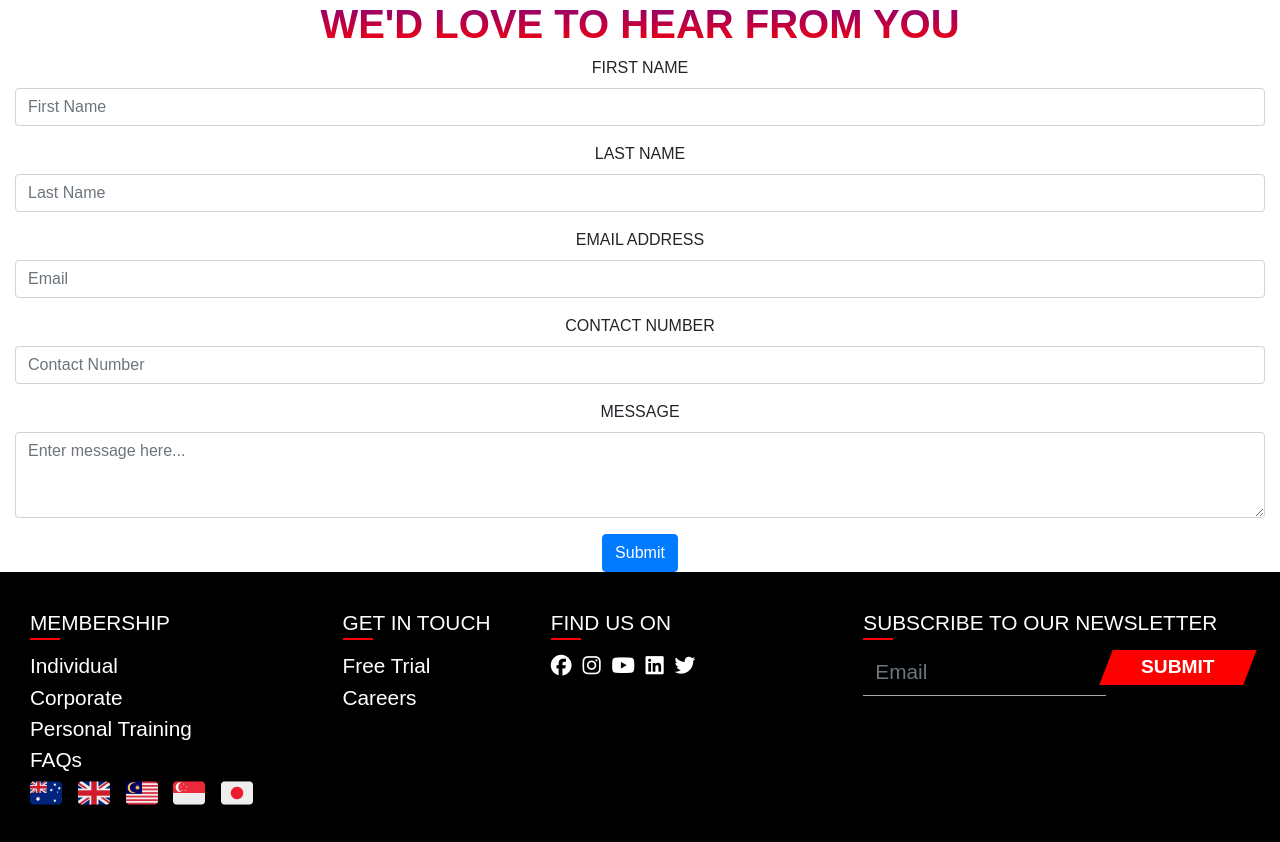
Repository: KJY93/User_Centric_Frontend_Development_Project
Page: contact.html
The author's editor kept a record of every edit. The page is drawn from the files as they stood at one moment, then again after the next edit.
The browser window is 1280 px wide. The pictures show the part of the page from y = 263 to 1107 px (the page is 1105 px tall before and 1107 px after).
Some web fonts or font styles are not loaded; a fallback is used. Some web libraries are served in a nearby version.

Above is the page before.

### contact.html
<!DOCTYPE html>
<html lang="en-US">
	<head>
	    <meta charset="UTF-8">
	    <meta name="viewport" content="width=device-width, initial-scale=1.0">
	    <meta http-equiv="X-UA-Compatible" content="ie=edge">
	    <title>Shape Shifters | Our Clubs</title>

		<!-- Google Fonts -->
	    <link href="https://fonts.googleapis.com/css?family=Cute+Font&display=swap" rel="stylesheet">

	    <!-- Logo -->
	    <link rel="icon" href="static/fitness-logo.ico">

	    <!-- Bootstrap CSS -->
	    <link rel="stylesheet" href="https://stackpath.bootstrapcdn.com/bootstrap/4.3.1/css/bootstrap.min.css" integrity="sha384-ggOyR0iXCbMQv3Xipma34MD+dH/1fQ784/j6cY/iJTQUOhcWr7x9JvoRxT2MZw1T" crossorigin="anonymous">

	    <!-- External CSS StyleSheet -->
		<link rel="stylesheet" type="text/css" href="static/styles.css">

		<!-- Bootstrap JS -->
	    <script src="https://code.jquery.com/jquery-3.3.1.slim.min.js" integrity="sha384-q8i/X+965DzO0rT7abK41JStQIAqVgRVzpbzo5smXKp4YfRvH+8abtTE1Pi6jizo" crossorigin="anonymous"></script>
	    <script src="https://cdnjs.cloudflare.com/ajax/libs/popper.js/1.14.7/umd/popper.min.js" integrity="sha384-UO2eT0CpHqdSJQ6hJty5KVphtPhzWj9WO1clHTMGa3JDZwrnQq4sF86dIHNDz0W1" crossorigin="anonymous"></script>
	    <script src="https://stackpath.bootstrapcdn.com/bootstrap/4.3.1/js/bootstrap.min.js" integrity="sha384-JjSmVgyd0p3pXB1rRibZUAYoIIy6OrQ6VrjIEaFf/nJGzIxFDsf4x0xIM+B07jRM" crossorigin="anonymous"></script>

	    <!-- Font Awesome -->
	    <script src="https://kit.fontawesome.com/3df94da5fe.js"></script>
	</head>
	<body>
	    <main>
	        <!-- Navbar -->
			<nav class="navbar navbar-expand-md navbar-dark bg-danger">
			  	<a class="navbar-brand" href="#"><i class="fas fa-home"></i></a>
			  	<button class="navbar-toggler" type="button" data-toggle="collapse" data-target="#navbarNav">
			    <span class="navbar-toggler-icon"></span>
			  	</button>
			  	<div class="collapse navbar-collapse" id="navbarNav">
			    	<ul class="navbar-nav ml-auto">
			      		<li class="nav-item">
			        		<a class="nav-link" href="#">Clubs</a>
			      		</li>
			      		<li class="nav-item">
			        		<a class="nav-link" href="#">Timetables</a>
			      		</li>
			    	</ul>

			    	<ul class="navbar-nav ml-auto">
			      		<li class="nav-item">
			        		<a class="nav-link" href="#">Contact Us</a>
			      		</li>
			    	</ul>
			  	</div>
			</nav>

			<!-- Timetables background -->
			<div id="contact-us-background"></div>

			<!-- Contact Us Header-->
			<div>
				<h1 class="club-header contact-us"><strong>WE'D LOVE TO HEAR FROM YOU</strong></h1>
			</div>

			<div class="container-fluid">

                <form method="post" action="">
                    <div class="form-group">
                        <div class="form-attribute"><label for="firstname">FIRST NAME</label></div>
                        <input type="text" class="form-control form-placeholder" id="firstname" placeholder="First Name">
                    </div>

                    <div class="form-group">
                        <div class="form-attribute"><label for="lastname">LAST NAME</label></div>
                        <input type="text" class="form-control form-placeholder" id="lastname" placeholder="Last Name">
                    </div>

                    <div class="form-group">
                        <div class="form-attribute"><label for="email-address">EMAIL ADDRESS</label></div>
                        <input type="email" class="form-control form-placeholder" id="email-address" placeholder="Email">
                    </div>

                    <div class="form-group">
                        <div class="form-attribute"><label for="contact-number">CONTACT NUMBER</label></div>
                        <input type="text" class="form-control form-placeholder" id="contact-number" placeholder="Contact Number">
                    </div>

                    <div class="form-group">
                        <div class="form-attribute"><label for="message-field">MESSAGE</label></div>
                        <textarea class="form-control form-placeholder" id="message-field" rows="3" placeholder="Enter message here..."></textarea>
                    </div>

                    <div class="generic-submit-btn-container"><button type="submit" class="btn btn-primary">Submit</button></div>
                </form>
			</div>

			<!-- Footer -->
			<footer>
				<div class="container-fluid">
					<div class="row">
						<div class="col-sm-12 col-md-3">
							<div>MEMBERSHIP</div>
							<div class="separator"></div>
							<div>Individual</div>
							<div>Corporate</div>
							<div>Personal Training</div>
							<div>FAQs</div>
						</div>

						<div class="col-sm-12 col-md-2">
							<div>GET IN TOUCH</div>
							<div class="separator"></div>
							<div>Free Trial</div>
							<div>Careers</div>
						</div>

						<div class="col-sm-12 col-md-3">
							<div>FIND US ON</div>
							<div class="separator"></div>
							<div>
								<i class="fab fa-facebook social-media-logo"></i>
								<i class="fab fa-instagram social-media-logo"></i>
								<i class="fab fa-youtube social-media-logo"></i>
								<i class="fab fa-linkedin social-media-logo"></i>
								<i class="fab fa-twitter social-media-logo"></i>
							</div>
						</div>

						<div class="col-sm-12 col-md-4">
							<div>SUBSCRIBE TO OUR NEWSLETTER</div>

							<div class="separator"></div>

							<form method="post" action="">
								<div class="input-field-container">
									<div class="form-group">
										<input input id="subscription" type="email" class="form-control" placeholder="Email" required>
									</div>

									<div class="each">
										<button type="button" class="submit-btn" value="submit"><span>SUBMIT</span></button>
									</div>
								</div>
							</form>
						</div>

						<div class="col-sm-12">
							<img class="flag-logo" src="static/australia-flag.png" alt="australia flag"/>
							<img class="flag-logo" src="static/uk-flag.png" alt="uk flag"/>
							<img class="flag-logo" src="static/mys-flag.png" alt="malaysia flag"/>
							<img class="flag-logo" src="static/sg-flag.png" alt="singapore flag"/>
							<img class="flag-logo" src="static/jpn-flag.png" alt="japan flag"/>
						</div>
					</div>
				</div>
			</footer>

	   </main>
	</body>
</html>

### static/styles.css
body, html {
	height: 100%;
}

body {
	font-family: 'Cute Font', cursive, sans-serif;
}

#subscription {
  background: transparent;
  border: none;
  border-bottom: 1px solid #a9a9a9;
  box-shadow: none;
  border-radius: 0;
}

.iframe-video-size {
	width: 300px;
	height: 320px;
}

.social-media-logo {
	margin-right: 5px;
}

.separator {
	margin-bottom: 10px;
	height: 2px;
	width: 30px;
	background: rgb(255, 0, 0);
	z-index: 1;
}

.row {
	margin-left: 0;
	margin-right: 0;
}

#advert > h1 {
	color: #ffffff;
}

#signup-link {
	color: #ffffff;
}

input[type="email"] {
 	font-size: 1em;
}

.col-sm-12, .col-md-6, .nav-link, #signup-link {
	font-size: 1.3em;
}

.link-deco:link {
	text-decoration: none;
}

.link-deco:hover {
	font-size:120%;
}

.link-font-color, button > .link-deco:hover {
	color: #ffffff;
}

.box2, .box3 {
	background: rgba(255,117,117,0.1);
}

.button-container, p, .challenge-container, #signup-container, .box3, .box2 {
	text-align: center;
}

#divider {
	width: 100%;
	border: 1px solid black;
}

footer {
	padding-top: 35px;
	padding-bottom: 35px;
	background: rgba(0, 0, 0);
	color: #ffffff;
}

.box1 {
	background:url('../static/background-mobile.jpg');
	background-repeat: no-repeat;
	background-size: 100% 100%;
	height: 400px;
	display: flex;
	align-items: center;
	justify-content: center;
}

/*https://codepen.io/adamjohnson/pen/aokGt*/
/* Skew button design adapted from the above codepen project*/
.submit-btn {
	color: #fff;
	background: #ff0000;
	font-weight: 700;
	text-align: center;
	text-decoration: none;
	border: 0;
	outline: 0;
	font-size: 1.2rem;
	padding: 12px 35px;
	display: inline-block;
	transform: skew(-21deg);
	border-radius: 0;
}

.input-field-container {
	display: flex;
	flex-direction: row;
}

.submit-btn:hover {
	background: #0069a8;
}

span {
	display: inline-block; /* change to inline-block so that the text can be un-skewed*/
}

.submit-btn > span {
	-webkit-transform: skew(21deg);  /* Un-skew the text */
}

.btn-group {
	padding-left: 15px;
}

.flag-logo {
	padding-right: 10px;
}

#club-header-background {
	background:url('../static/bodycombat.jpg');
	background-repeat: no-repeat;
	background-size: 100% 100%;
	height: 200px;
}

.club-header {
	text-align: center;
	background: linear-gradient(to top, #ff0000 , #800080);
	-webkit-background-clip: text;
	-webkit-text-fill-color: transparent;
	font-size: 2.5em;
}

.location {
	display: flex;
	flex-direction: column;
	justify-content: center;
	align-items: center;
	color: #ffffff;
	margin-bottom: 20px;
}

.location:link {
	text-decoration: none;
}

.location:hover {
	opacity: 0.8;
}

.location:hover .location-name, .location:hover .club-info {
	background: linear-gradient(to top, #ff0000 , #ff9800);
	-webkit-background-clip: text;
	-webkit-text-fill-color: transparent;
}

.location-name {
	font-size: 2.3em;
}

.club-info {
	font-size: 1.2em;
	border: 1px solid #ffffff;
	padding-left: 20px;
	padding-right: 20px;
	border-radius: 20px;
}

#location-image-1 {
	background:url('../static/paragon.jpg');
    background-size: 100% 100%;
    background-repeat: no-repeat;
    background-position: center;
	border-radius: 10px;
	height: 250px;
}

#location-image-2 {
	background:url('../static/clarke-quay.jpg');
    background-size: 100% 100%;
    background-repeat: no-repeat;
    background-position: center;
	border-radius: 10px;
	height: 250px;
}

#location-image-3 {
	background:url('../static/tanjongpagar.jpg');
    background-size: 100% 100%;
    background-repeat: no-repeat;
    background-position: center;
	border-radius: 10px;
	height: 250px;
}

#location-image-4 {
	background:url('../static/vivocity.jpg');
    background-size: 100% 100%;
    background-repeat: no-repeat;
    background-position: center;
	border-radius: 10px;
	height: 250px;
}

#location-image-5 {
	background:url('../static/rafflesplace.jpg');
    background-size: 100% 100%;
    background-repeat: no-repeat;
    background-position: center;
	border-radius: 10px;
	height: 250px;
}

#location-image-6 {
	background:url('../static/rafflesmall.jpg');
    background-size: 100% 100%;
    background-repeat: no-repeat;
    background-position: center;
	border-radius: 10px;
	height: 250px;
}

#timetables-header-background {
	background:url('../static/groupyoga.jpg');
	background-repeat: no-repeat;
	background-size: 100% 100%;
	height: 250px;
}

/* override text alignment and font-size*/
.table {
	text-align: center;
	font-size: 1.3rem;
}

#contact-us-background {
	background:url('../static/reachout.jpg');
	background-repeat: no-repeat;
	background-size: 100% 100%;
	height: 200px;
}


.generic-submit-btn-container, .form-attribute {
	text-align: center;
}

/* for extra small device */
@media (max-width: 400px) {
	.iframe-video-size {
	width: 260px;
	height: 320px;
	}

	#club-header-background {
		height: 160px;
	}

	.club-header {
		font-size: 2.0em;
	}

	.location-name {
		font-size: 2.0em;
	}

	.club-info {
		font-size: 1.0em;
	}

	.contact-us {
		font-size: 1.5em;
	}
}

/* for medium screen device */
@media (min-width: 768px) and (max-width: 991.98px) {
	.box1 {
		background:url('../static/background.jpg');
		background-repeat: no-repeat;
		height: 550px;
		background-size: 100% 100%;
	}

	.box2 {
		text-align: center;
	}

	.btn-group {
		padding-left: 0;
	}

	.iframe-video-size {
		width: 340px;
		height: 320px;
	}

	#timetables-header-background {
		height: 450px;
	}

	.table {
		font-size: 1.8rem;
	}
}

/* for large screen device */
@media (min-width: 992px) {
	.box1 {
		height: 600px;
	}

	.btn-group {
		padding-left: 0;
	}

	.submit-btn {
		padding: 3px 35px;
	}

	.iframe-video-size {
		width: 470px;
		height: 320px;
	}

	#club-header-background {
		height: 376px;
	}

	#timetables-header-background {
		height: 600px;
	}
}

After the next edit:
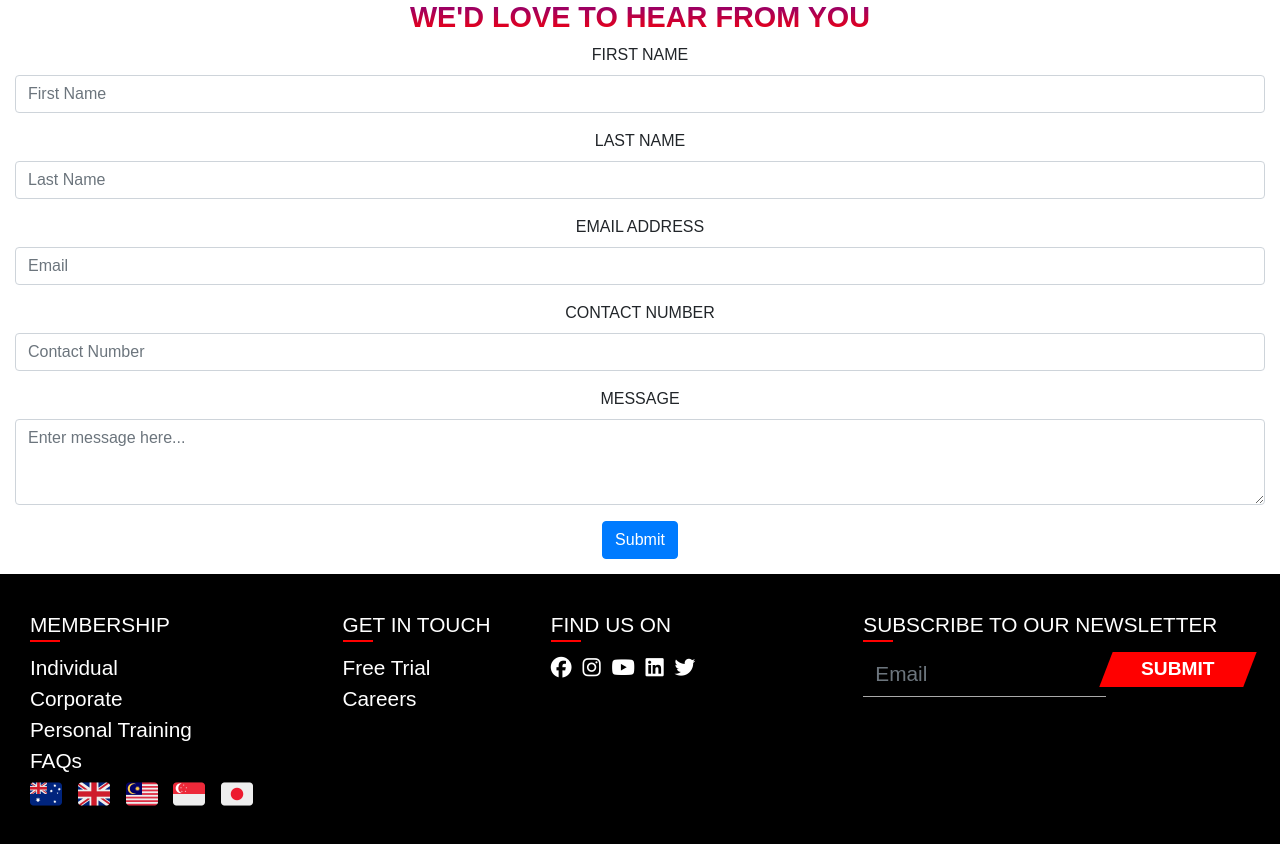
The edit:
--- a/static/styles.css
+++ b/static/styles.css
@@ -265,6 +265,14 @@
 	text-align: center;
 }
 
+.contact-us {
+	font-size: 1.8em;
+}
+
+.generic-submit-btn-container {
+	margin-bottom: 15px;
+}
+
 /* for extra small device */
 @media (max-width: 400px) {
 	.iframe-video-size {
